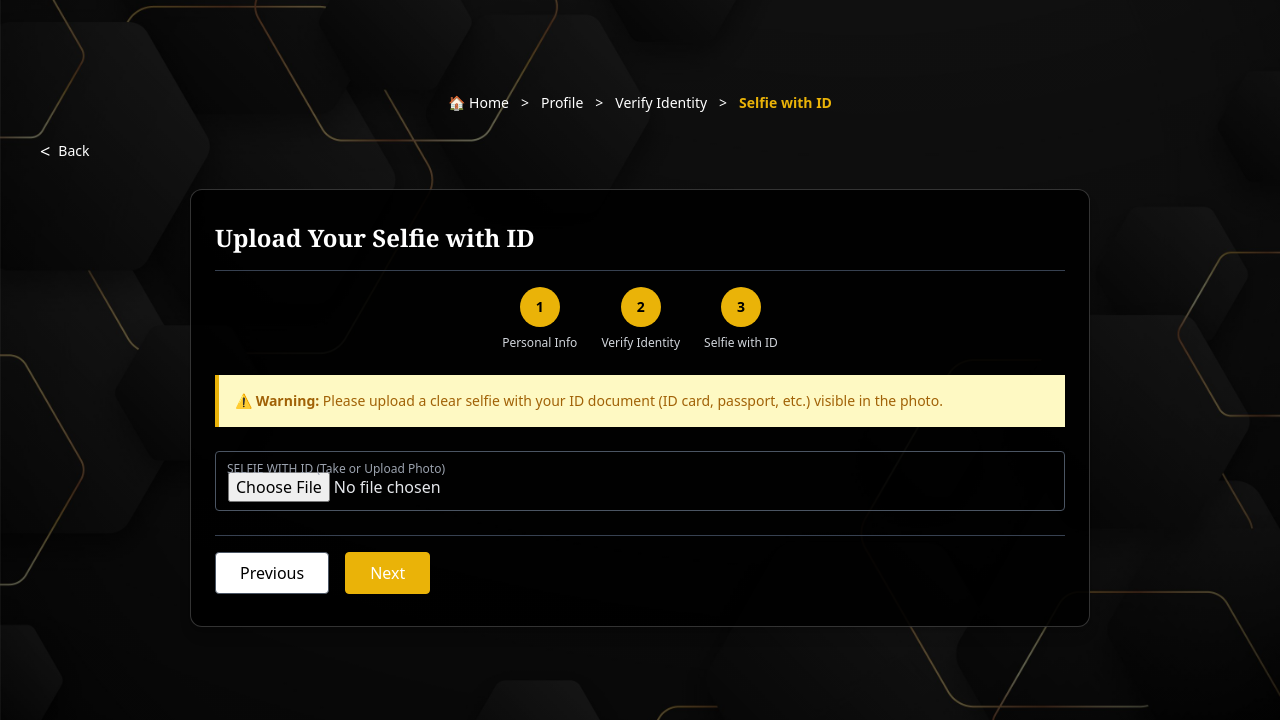
Repository: gloriousnetworker/onestep-authentication-system
Page: /photo-verification
The author's editor kept a copy of each file at every save. The page is drawn from the files as they stood at one save, then again after the next save.
The browser window is 1280 px wide. The pictures show the whole page.
The project was rebuilt for these pictures with package versions that can differ from the ones it lists, and the page was loaded fresh each time. Also part of the build but not shown: vite.config.js, src/pages/LoginPage.jsx, src/pages/SignupPage.jsx, src/pages/GrantAccess.jsx, src/pages/GrantAccessSignup.jsx, src/pages/OTPVerificationPage.jsx, src/pages/OTPVerificationSignup.jsx, src/pages/AccountSetupPage.jsx and 7 more.

Above is the page before, as saved 2025-01-17 15:20:00.

### index.html
<!doctype html>
<html lang="en">
  <head>
    <meta charset="UTF-8" />
    <link rel="icon" type="image/svg+xml" href="/digitalfingerprint.png" />
    <meta name="viewport" content="width=device-width, initial-scale=1.0" />
    <title>ONESTEP</title>
  </head>
  <body>
    <div id="root"></div>
    <script type="module" src="/src/main.jsx"></script>
  </body>
</html>

### src/App.jsx
import { BrowserRouter as Router, Routes, Route } from 'react-router-dom';
import { useState } from 'react';  // Import useState to manage notification state
import LoginPage from './pages/LoginPage';
import SignupPage from './pages/SignupPage';
import GrantAccess from './pages/GrantAccess';
import GrantAccessSignup from './pages/GrantAccessSignup';
import OTPVerificationPage from './pages/OTPVerificationPage';
import OTPVerificationSignupPage from './pages/OTPVerificationSignup';
import AccountSetupPage from './pages/AccountSetupPage';
import PasswordPage from './pages/PasswordPage';
import PasscodeSetupPage from './pages/PasscodeSetupPage';
import KYCAmlSetupPage from './pages/KYCSetupPage';
import VerifyIdentityPage from './pages/VerifyIdentityPage';
import DashboardPage from './pages/DashboardPage';
import BiometricsLoginPage from './pages/BiometricLoginPage';
import BiometricsRegistrationPage from './pages/BiometricsSetupPage';
import NotificationPopup from './components/NotificationPopup';  // Import NotificationPopup
import PhotoSelfieWithIDPage from './pages/PhotoSelfieWithIdPage';

function App() {
  // State for managing notification
  const [notification, setNotification] = useState({
    message: "",
    type: "",
  });

  // Function to trigger notification
  const showNotification = (message, type) => {
    setNotification({ message, type });
    // Automatically clear notification after 3 seconds
    setTimeout(() => setNotification({ message: "", type: "" }), 3000);
  };

  return (
    <Router>
      {/* Notification Popup */}
      <NotificationPopup
        message={notification.message}
        type={notification.type}
        onClose={() => setNotification({ message: "", type: "" })}
      />

      <Routes>
        <Route path="/" element={<LoginPage showNotification={showNotification} />} />
        <Route path="/sign-up" element={<SignupPage showNotification={showNotification} />} />
        <Route path="/grant-access" element={<GrantAccess showNotification={showNotification} />} />
        <Route path="/grant-access-signup" element={<GrantAccessSignup showNotification={showNotification} />} />
        <Route path="/otp-verification" element={<OTPVerificationPage showNotification={showNotification} />} />
        <Route path="/otp-verification-signup" element={<OTPVerificationSignupPage showNotification={showNotification} />} />
        <Route path="/account-setup" element={<AccountSetupPage showNotification={showNotification} />} />
        <Route path="/password" element={<PasswordPage showNotification={showNotification} />} />
        <Route path="/passcode" element={<PasscodeSetupPage showNotification={showNotification} />} />
        <Route path="/biometrics-setup" element={<BiometricsRegistrationPage showNotification={showNotification} />} />
        <Route path="/biometrics-login" element={<BiometricsLoginPage showNotification={showNotification} />} />
        <Route path="/kyc-setup" element={<KYCAmlSetupPage showNotification={showNotification} />} />
        <Route path="/verify-kyc" element={<VerifyIdentityPage showNotification={showNotification} />} />
        <Route path="/photo-verification" element={<PhotoSelfieWithIDPage showNotification={showNotification} />} />
        <Route path="/dashboard" element={<DashboardPage showNotification={showNotification} />} />
      </Routes>
    </Router>
  );
}

export default App;

### src/components/NotificationPopup.jsx
import React from "react";

const NotificationPopup = ({ message, type, onClose }) => {
  // Define alert styles based on the type
  const typeStyles = {
    success: "bg-green-500 text-white",
    error: "bg-red-500 text-white",
    warning: "bg-yellow-500 text-black",
    info: "bg-blue-500 text-white",
  };

  return (
    <div
      className={`fixed top-4 right-4 w-[300px] sm:w-[400px] p-4 rounded-md shadow-lg transition-transform transform ${
        message ? "scale-100" : "scale-0"
      } ${typeStyles[type] || "bg-gray-500 text-white"}`}
    >
      <div className="flex justify-between items-center">
        {/* Message Content */}
        <span className="text-sm sm:text-base">{message}</span>

        {/* Close Button */}
        <button
          onClick={onClose}
          className="ml-4 text-lg font-bold hover:text-opacity-80"
          aria-label="Close notification"
        >
          &times;
        </button>
      </div>
    </div>
  );
};

export default NotificationPopup;

### src/pages/PhotoSelfieWithIdPage.jsx
import React, { useState } from "react";
import { useNavigate } from "react-router-dom";

const PhotoSelfieWithIDPage = () => {
  const navigate = useNavigate();
  const [selfieData, setSelfieData] = useState({
    selfieImage: "", // File upload for selfie with ID
    selfieStatus: "", // Optional status
  });

  const handleFileChange = (e) => {
    const { name, files } = e.target;
    setSelfieData({ ...selfieData, [name]: files[0] });
  };

  // Preview the image when captured or uploaded
  const handleImagePreview = (e) => {
    const { files } = e.target;
    if (files && files[0]) {
      const reader = new FileReader();
      reader.onloadend = () => {
        setSelfieData({ ...selfieData, selfieImage: reader.result });
      };
      reader.readAsDataURL(files[0]);
    }
  };

  return (
    <div
      className="relative bg-cover bg-center min-h-screen flex flex-col justify-center"
      style={{
        backgroundImage:
          "linear-gradient(rgba(0, 0, 0, 0.6), rgba(0, 0, 0, 0.6)), url('/background.jpg')",
      }}
    >
      {/* Breadcrumb Navigation */}
      <div className="text-white text-sm flex items-center gap-2 justify-center mb-4">
        <span
          className="flex items-center gap-1 cursor-pointer"
          onClick={() => navigate("/")}
        >
          <span>🏠</span>
          <span>Home</span>
        </span>
        <span className="mx-1">{">"}</span>
        <span className="flex items-center gap-1 cursor-pointer">
          <span>Profile</span>
        </span>
        <span className="mx-1">{">"}</span>
        <span className="flex items-center gap-1 cursor-pointer">
          <span>Verify Identity</span>
        </span>
        <span className="mx-1">{">"}</span>
        <span className="text-yellow-500 font-semibold">Selfie with ID</span>
      </div>

      {/* Back Button */}
      <div
        className="text-white text-sm flex items-center gap-2 cursor-pointer mb-6 lg:ml-10 lg:mt-2"
        onClick={() => navigate(-1)}
      >
        <span className="text-lg">{"<"}</span>
        <span>Back</span>
      </div>

      {/* Card and Content */}
      <div className="w-full max-w-[900px] mx-auto px-6 py-8 bg-black bg-opacity-90 border border-white border-opacity-20 rounded-xl shadow-lg relative">
        {/* Header */}
        <h1 className="text-white text-xl sm:text-2xl font-bold mb-4 font-serif text-center sm:text-left">
          Upload Your Selfie with ID
        </h1>

        <hr className="border-gray-700 mb-4" />

        {/* Step Info */}
        <div className="flex justify-center items-center gap-6 mb-6">
          <div className="flex flex-col items-center">
            <div className="w-10 h-10 flex items-center justify-center rounded-full bg-yellow-500 text-black text-sm font-semibold">
              1
            </div>
            <p className="text-xs text-gray-300 mt-2">Personal Info</p>
          </div>
          <div className="flex flex-col items-center">
            <div className="w-10 h-10 flex items-center justify-center rounded-full bg-yellow-500 text-black text-sm font-semibold">
              2
            </div>
            <p className="text-xs text-gray-300 mt-2">Verify Identity</p>
          </div>
          <div className="flex flex-col items-center">
            <div className="w-10 h-10 flex items-center justify-center rounded-full bg-yellow-500 text-black text-sm font-semibold">
              3
            </div>
            <p className="text-xs text-gray-300 mt-2">Selfie with ID</p>
          </div>
        </div>

        {/* Warning */}
        <div className="bg-yellow-100 border-l-4 border-yellow-500 text-yellow-700 p-4 mb-6">
          <p className="text-sm">
            <span className="font-bold">⚠ Warning:</span> Please upload a clear selfie with your ID document (ID card, passport, etc.) visible in the photo.
          </p>
        </div>

        {/* Form */}
        <div className="mb-6">
          {/* Selfie Upload */}
          <div className="relative mb-4">
            <input
              type="file"
              name="selfieImage"
              accept="image/*"
              capture="camera"
              className="peer w-full bg-transparent border border-gray-600 rounded px-3 pt-5 pb-2 text-gray-200 outline-none focus:border-blue-500"
              onChange={(e) => {
                handleFileChange(e);
                handleImagePreview(e);
              }}
            />
            <label className="absolute left-3 top-2.5 text-gray-400 text-xs transition-all peer-placeholder-shown:top-5 peer-placeholder-shown:text-sm peer-placeholder-shown:text-gray-600 peer-focus:top-2.5 peer-focus:text-xs peer-focus:text-blue-500">
              SELFIE WITH ID (Take or Upload Photo)
            </label>
          </div>

          {/* Image Preview */}
          {selfieData.selfieImage && (
            <div className="mb-4">
              <img
                src={selfieData.selfieImage}
                alt="Selfie Preview"
                className="w-full h-64 object-cover rounded-md"
              />
            </div>
          )}
        </div>

        <hr className="border-gray-700 mb-4" />

        {/* Previous and Next Buttons */}
        <div className="flex gap-4">
          <button className="bg-white text-black border border-gray-600 rounded px-6 py-2 hover:bg-gray-200 focus:outline-none">
            Previous
          </button>
          <button className="bg-yellow-500 text-white border border-yellow-500 rounded px-6 py-2 hover:bg-yellow-400 focus:outline-none">
            Next
          </button>
        </div>
      </div>
    </div>
  );
};

export default PhotoSelfieWithIDPage;

### tailwind.config.js
module.exports = {
  content: [
    "./index.html",
    "./src/**/*.{js,jsx,ts,tsx}",
  ],
  theme: {
    extend: {
      fontFamily: {
        'times': ['Times New Roman', 'serif'],
      },
    },
  },
  plugins: [],
};

Loaded but not shown: src/main.jsx (common file); src/index.css (common file)

After the next save:
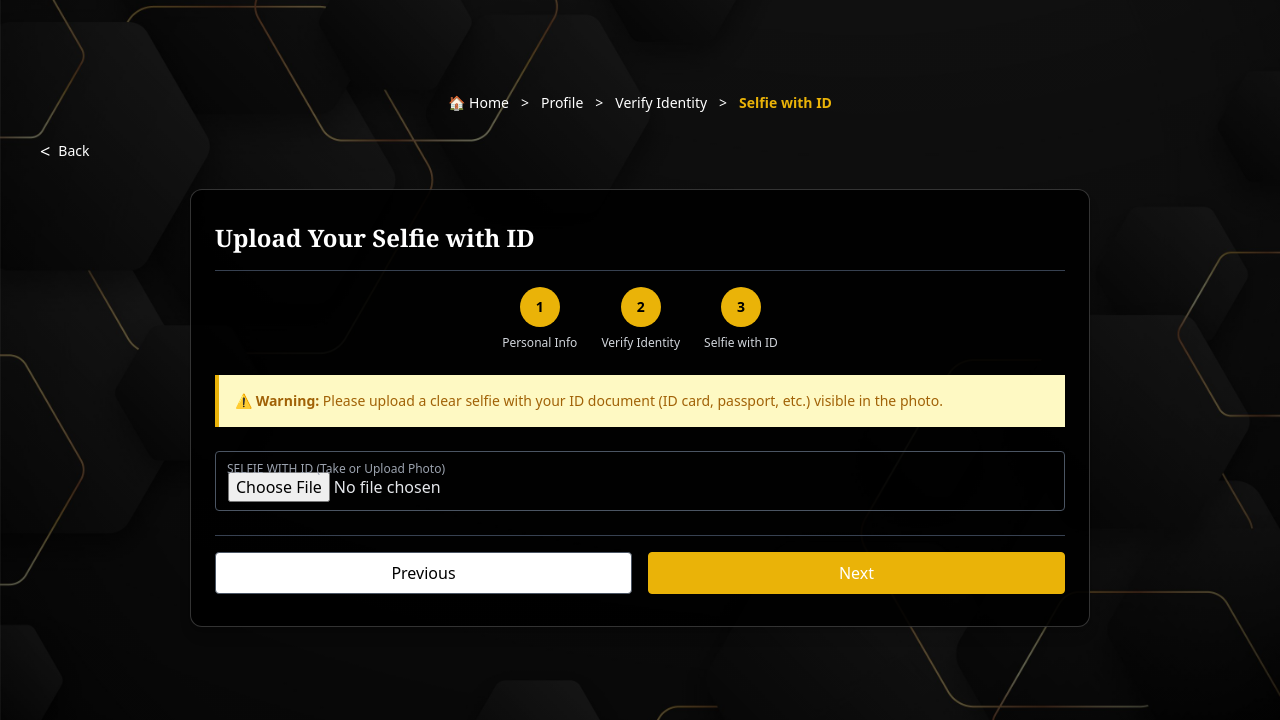
Saved 6 min 53 s later.
--- a/src/pages/PhotoSelfieWithIdPage.jsx
+++ b/src/pages/PhotoSelfieWithIdPage.jsx
@@ -13,7 +13,6 @@ const PhotoSelfieWithIDPage = () => {
     setSelfieData({ ...selfieData, [name]: files[0] });
   };
 
-  // Preview the image when captured or uploaded
   const handleImagePreview = (e) => {
     const { files } = e.target;
     if (files && files[0]) {
@@ -22,6 +21,14 @@ const PhotoSelfieWithIDPage = () => {
         setSelfieData({ ...selfieData, selfieImage: reader.result });
       };
       reader.readAsDataURL(files[0]);
+    }
+  };
+
+  const handleNext = () => {
+    if (!selfieData.selfieImage) {
+      alert("Please upload or take a selfie with your ID before proceeding.");
+    } else {
+      navigate("/dashboard");
     }
   };
 
@@ -103,7 +110,6 @@ const PhotoSelfieWithIDPage = () => {
 
         {/* Form */}
         <div className="mb-6">
-          {/* Selfie Upload */}
           <div className="relative mb-4">
             <input
               type="file"
@@ -137,10 +143,16 @@ const PhotoSelfieWithIDPage = () => {
 
         {/* Previous and Next Buttons */}
         <div className="flex gap-4">
-          <button className="bg-white text-black border border-gray-600 rounded px-6 py-2 hover:bg-gray-200 focus:outline-none">
+          <button
+            className="w-1/2 bg-white text-black border border-gray-600 rounded px-6 py-2 hover:bg-gray-200 focus:outline-none"
+            onClick={() => navigate(-1)}
+          >
             Previous
           </button>
-          <button className="bg-yellow-500 text-white border border-yellow-500 rounded px-6 py-2 hover:bg-yellow-400 focus:outline-none">
+          <button
+            className="w-1/2 bg-yellow-500 text-white border border-yellow-500 rounded px-6 py-2 hover:bg-yellow-400 focus:outline-none"
+            onClick={handleNext}
+          >
             Next
           </button>
         </div>
